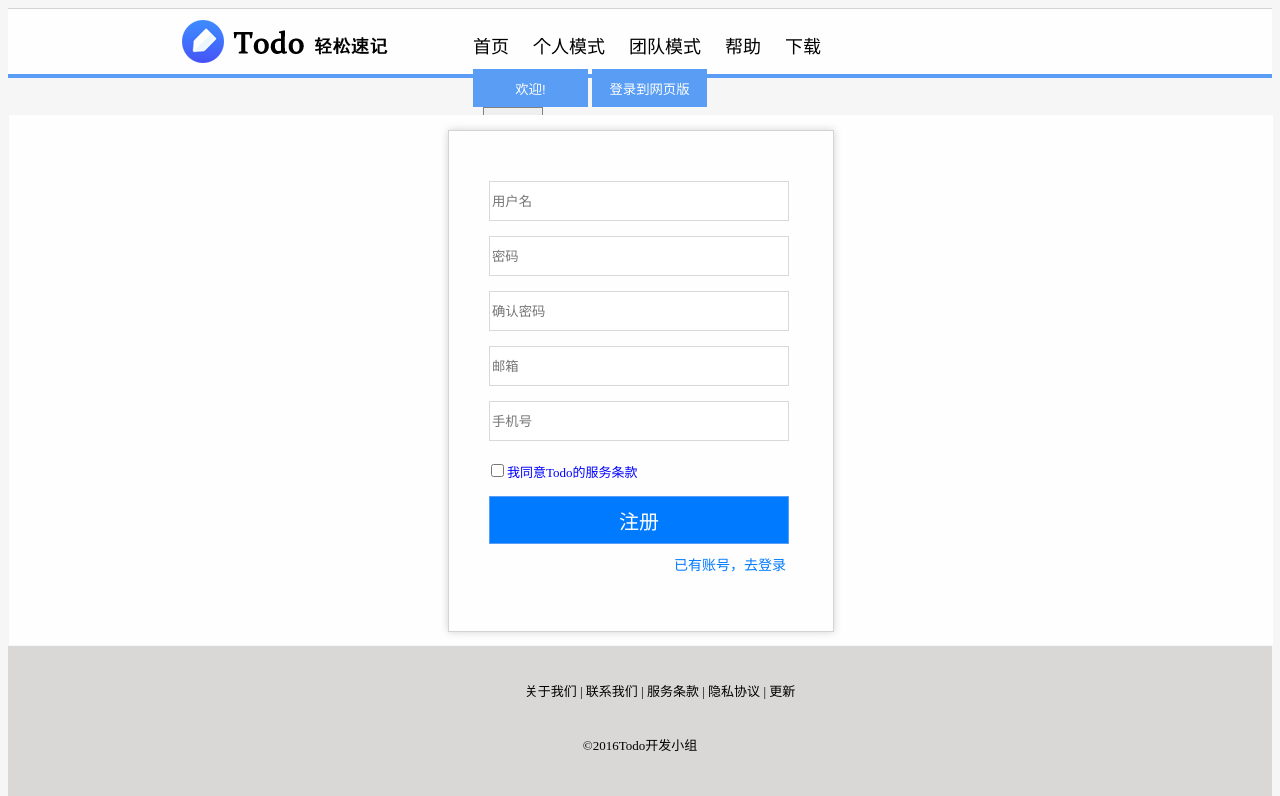
Repository: lengchang/Todo
Page: http://localhost/Todoweb/register.jsp
An editor plug-in stored every save of this project. The page is shown before and after the next save, followed by the edit.
The browser window is 1280 px wide. The pictures show the whole page.
The page is served by Tomcat 9. The template is opened directly, without the code that normally fills it, so the values that code supplies are empty.

Above is the page before, as saved 2016-12-12 16:24:19.

After the next save:
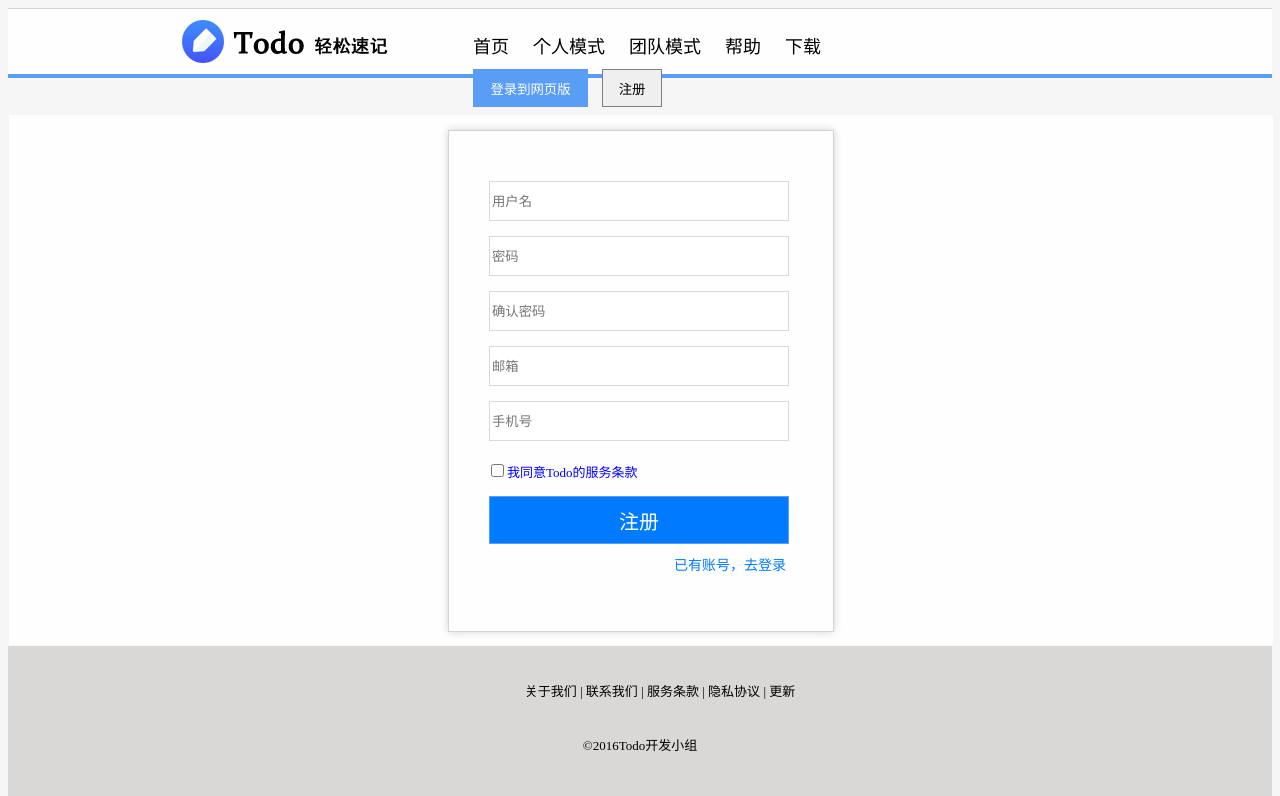
Saved 29 s later.
--- a/Todoweb/WebContent/Master/nav.jsp
+++ b/Todoweb/WebContent/Master/nav.jsp
@@ -1,4 +1,5 @@
 <%@ page pageEncoding="UTF-8"%>
+<%@ taglib prefix="s" uri="/struts-tags"%>
 <div id="top_logo">
 	<a href="/Todoweb/index.jsp"> <img src="./img/logo.png">
 	</a>
